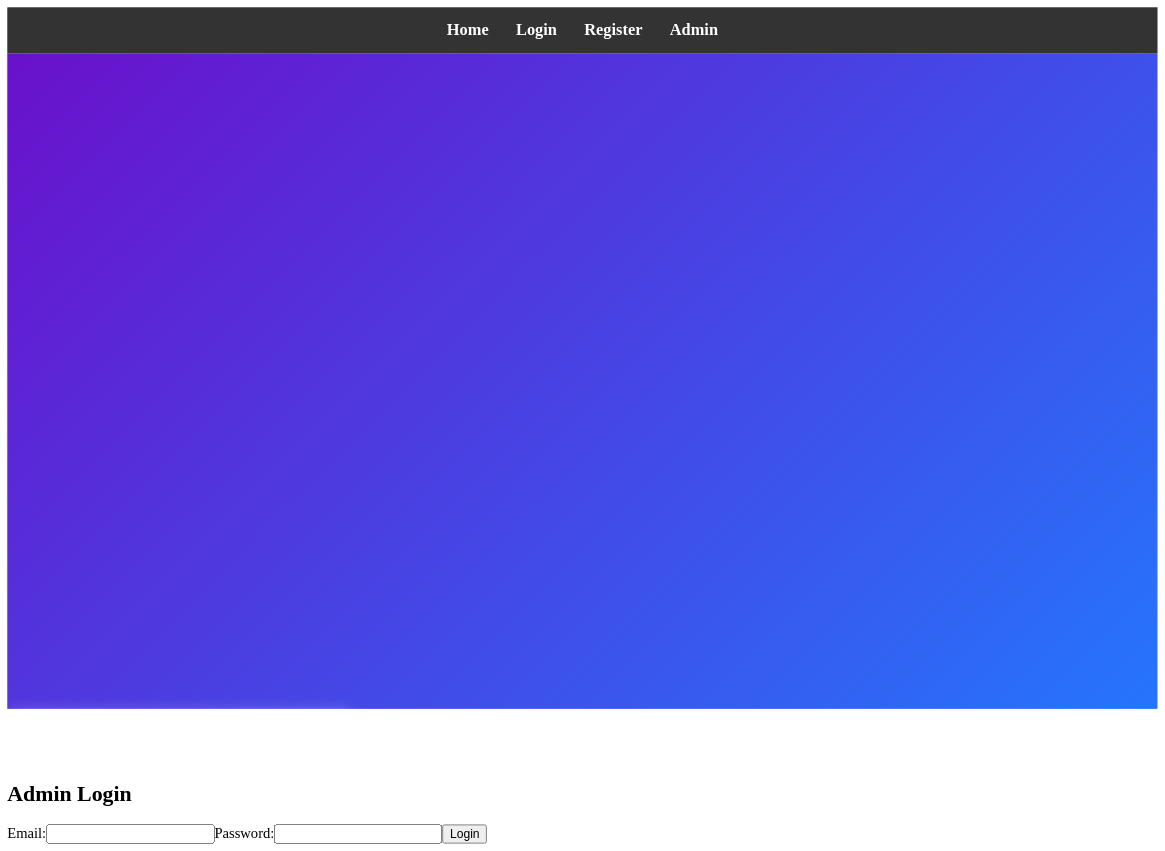
Repository: AhmedIbu/angular-login-app
Page: /admin-login (app in angular-login-app/)
These files come from the project's save history. The page is drawn as it stood at one moment and after a run of saves; the edit follows.
The browser window is 1280 px wide. The pictures show the whole page, at 91% of full size.
The project was rebuilt for these pictures with package versions that can differ from the ones it lists, and the page was loaded fresh each time. Also part of the build but not shown: angular-login-app/angular.json, angular-login-app/src/app/home/home.component.ts, angular-login-app/src/app/login/login.component.ts, angular-login-app/src/app/register/register.component.ts, angular-login-app/src/app/services/user.service.ts, angular-login-app/src/app/admin-dashboard/admin-dashboard.component.ts, angular-login-app/src/app/user-dashboard/user-dashboard.component.ts.

Above is the page before, as saved 2025-02-21 11:33:50.

After the next 2 saves:
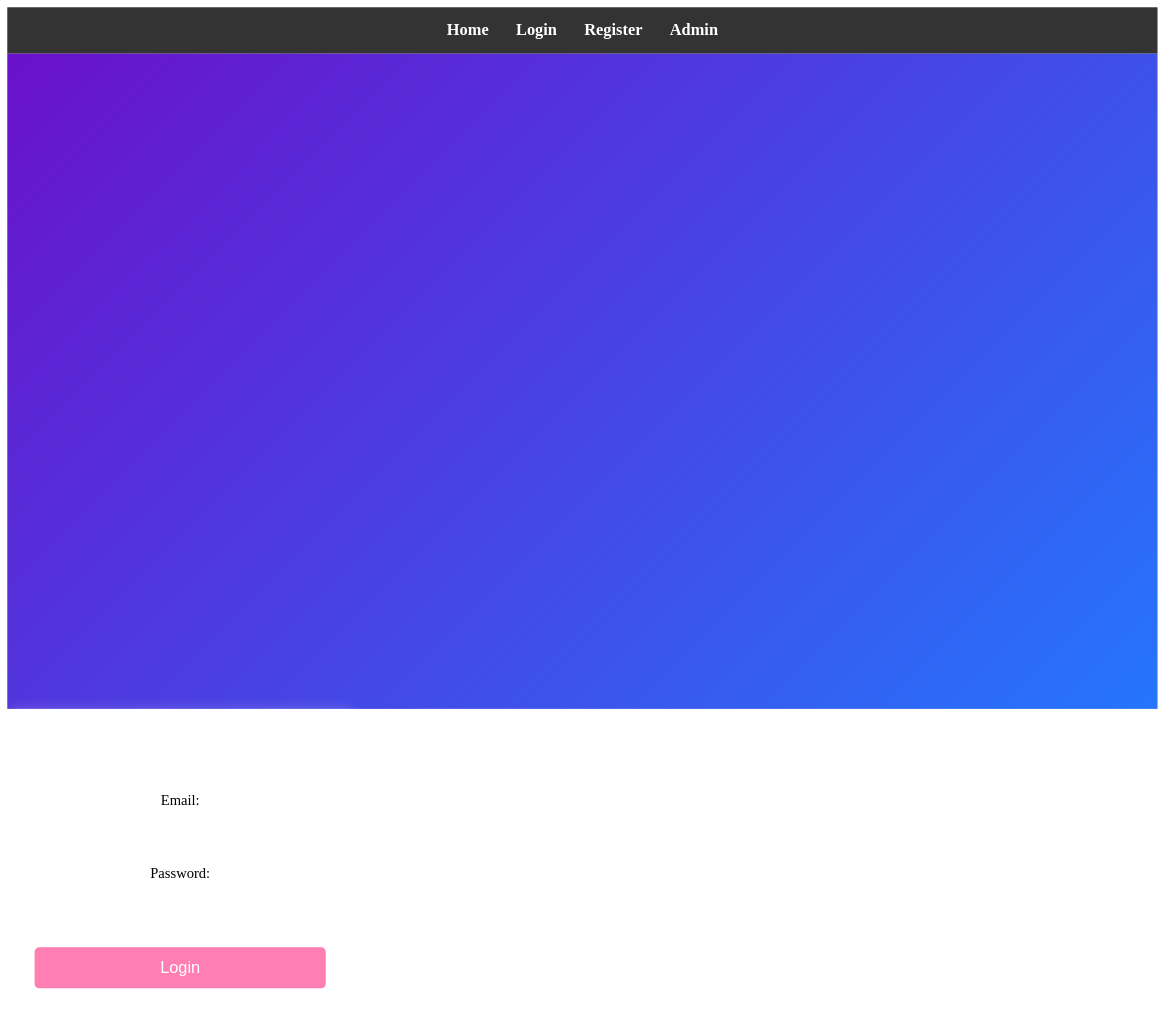
The 2 saves are shown as one change because they came seconds apart.
The last was saved 8 s later.
--- a/angular-login-app/src/app/admin-login/admin-login.component.html
+++ b/angular-login-app/src/app/admin-login/admin-login.component.html
@@ -1,5 +1,5 @@
 <div class="admin-login-container"></div>
-<div class="admin-login-box"></div>
+<div class="admin-login-box">
 <h2>Admin Login</h2>
 <form (ngSubmit)="onAdminLogin()">
   <label>Email:</label>
@@ -11,3 +11,4 @@
   <button type="submit">Login</button>
   <p *ngIf="errorMessage" style="color: red">{{ errorMessage }}</p>
 </form>
+</div>
